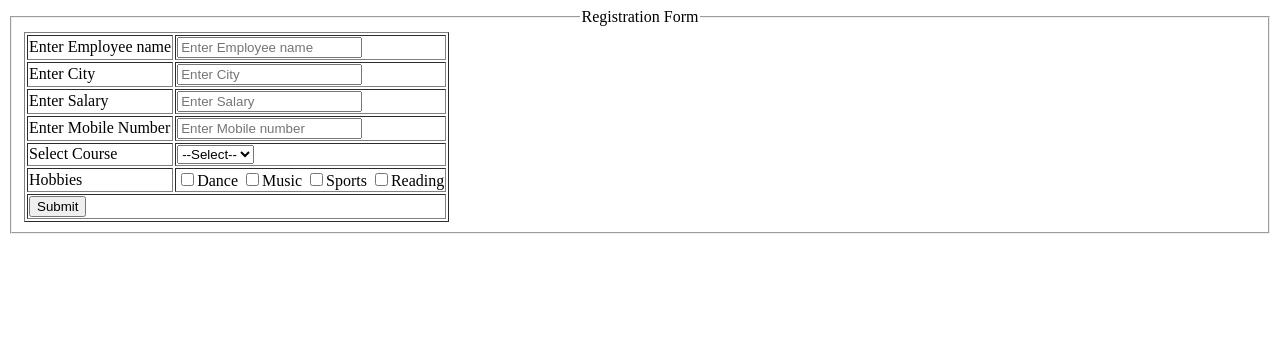
Repository: bigee1397/22-3-2024
Page: http://localhost/RDDemo/
These files come from the project's save history. The page is drawn as it stood at one moment and after the next save; the edit follows.
The browser window is 1280 px wide. The pictures show the whole page.
The page is served by Tomcat 9.

Above is the page before, as saved 2024-03-15 05:02:28.

After the next save:
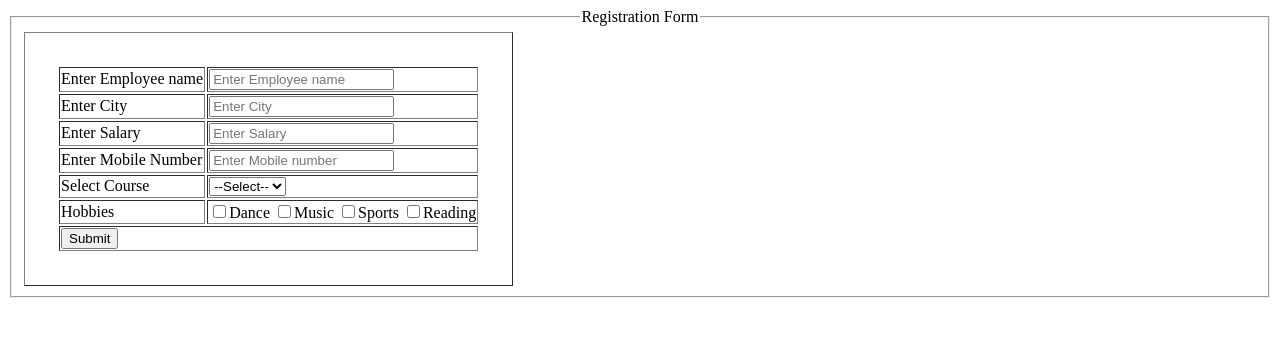
Saved 4 s later.
--- a/jspandservlets/RDDemo/src/main/webapp/index.jsp
+++ b/jspandservlets/RDDemo/src/main/webapp/index.jsp
@@ -10,7 +10,7 @@
 	<fieldset>
 		<legend align="center">Registration Form</legend>
 		<form action="registerServlet" method="post">
-			<table align="left" border="1" style=" padding:2">
+			<table align="left" border="1" style=" padding:2em">
 				<tr>
 					<td>Enter Employee name</td>
 					<td><input type="text" name="employeeName" placeholder="Enter Employee name" /> </td>

After the save that followed:
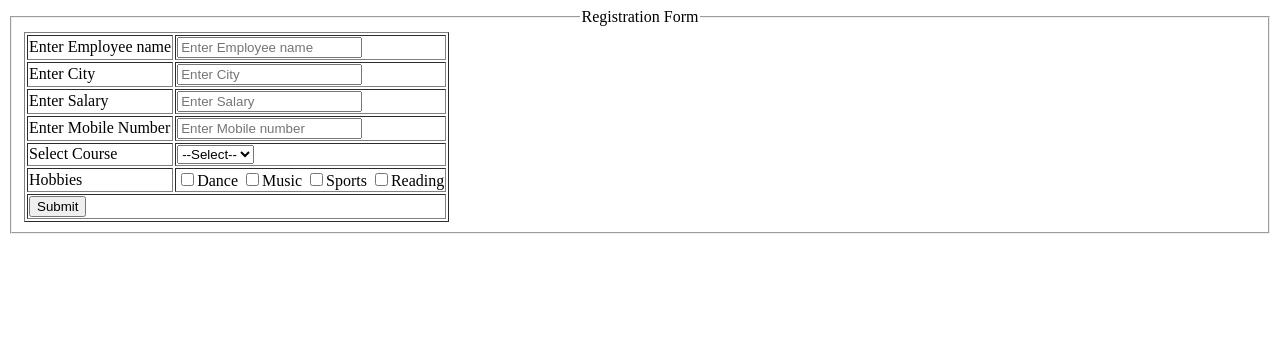
Saved 21 s later.
--- a/jspandservlets/RDDemo/src/main/webapp/index.jsp
+++ b/jspandservlets/RDDemo/src/main/webapp/index.jsp
@@ -10,7 +10,7 @@
 	<fieldset>
 		<legend align="center">Registration Form</legend>
 		<form action="registerServlet" method="post">
-			<table align="left" border="1" style=" padding:2em">
+			<table align="left" border="1">
 				<tr>
 					<td>Enter Employee name</td>
 					<td><input type="text" name="employeeName" placeholder="Enter Employee name" /> </td>
